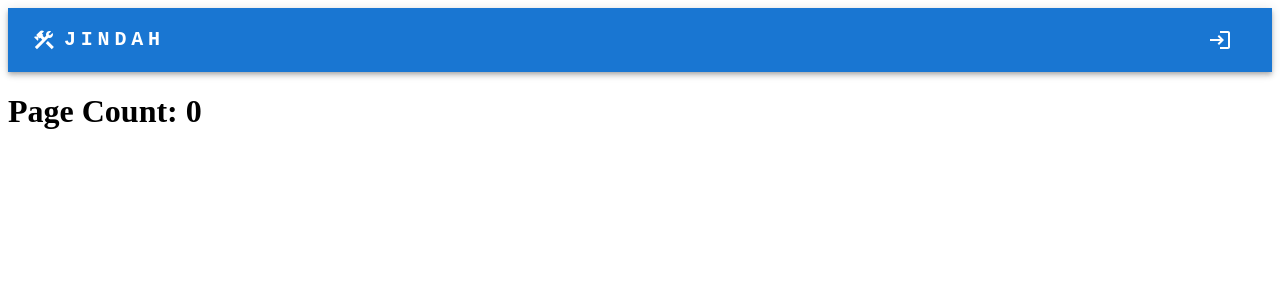
Repository: annferracane/phase-5-project
Page: / (app in client/)
An editor plug-in stored every save of this project. The page is shown before and after the next save, followed by the edit.
The browser window is 1280 px wide. The pictures show the whole page.
The page's requests for data from a server got no answer. The project was rebuilt for these pictures with package versions that can differ from the ones it lists, and the page was loaded fresh each time. No one was signed in, and anything a server would have sent is missing.

Above is the page before, as saved 2023-02-21 23:59:38.

### client/src/index.js
import React from 'react';
import ReactDOM from 'react-dom/client';
// import './css/index.css';
import App from './components/App';
import reportWebVitals from './reportWebVitals';
import { UserProvider } from "./context/user";

const root = ReactDOM.createRoot(document.getElementById('root'));
root.render(
  <React.StrictMode>
    <UserProvider>
      <App />
    </UserProvider>
  </React.StrictMode>
);

// If you want to start measuring performance in your app, pass a function
// to log results (for example: reportWebVitals(console.log))
// or send to an analytics endpoint. Learn more: https://bit.ly/CRA-vitals
reportWebVitals();

### client/src/components/App.js
// import '../css/App.css';
import { useState, useEffect, useContext } from "react";
import { BrowserRouter, Route, Switch } from "react-router-dom";
import { UserContext } from "../context/user";
import Navigation from "./Navigation";

function App() {
  const [errors, setErrors] = useState(null);
  const [count, setCount] = useState(0);

  useEffect(() => {
    fetch("/hello")
      .then((r) => r.json())
      .then((data) => setCount(data.count));
  }, []);

  if(errors) return <h1>{errors}</h1>

  return (


      <BrowserRouter>
        <Navigation />
        <div className="App">
          <Switch>
            <Route path="/">
              <h1>Page Count: {count}</h1>
            </Route>
          </Switch>
        </div>
      </BrowserRouter>
  );
}

export default App;

### client/src/context/user.js
import React, { useState } from "react";

const UserContext = React.createContext();

function UserProvider({ children }) {
  const [user, setUser] = useState(null);
  return (
    <UserContext.Provider value={{ user, setUser }}>
      {children}
    </UserContext.Provider>
  );
}

export { UserContext, UserProvider };

### client/src/components/Navigation.js
import * as React from 'react';
import { useContext } from 'react';
import { UserContext } from "../context/user";
import { useHistory } from 'react-router-dom';
import AppBar from '@mui/material/AppBar';
import Avatar from '@mui/material/Avatar';
import Box from '@mui/material/Box';
import Toolbar from '@mui/material/Toolbar';
import IconButton from '@mui/material/IconButton';
import Typography from '@mui/material/Typography';
import Menu from '@mui/material/Menu';
import MenuIcon from '@mui/icons-material/Menu';
import Container from '@mui/material/Container';
import Button from '@mui/material/Button';
import Tooltip from '@mui/material/Tooltip';
import MenuItem from '@mui/material/MenuItem';
import ConstructionIcon from '@mui/icons-material/Construction';
import LoginIcon from '@mui/icons-material/Login';

function Navigation() {
  const { user, setUser } = useContext(UserContext);
  const history = useHistory();

  const [anchorElNav, setAnchorElNav] = React.useState(null);
  const [anchorElUser, setAnchorElUser] = React.useState(null);

  const pages = [
    { name: 'Schools', link: '/schools' },
    { name: 'Submit a Tip', link: '/submit-a-tip' }
  ];

  const handleOpenNavMenu = (event) => {
    setAnchorElNav(event.currentTarget);
  };
  const handleOpenUserMenu = (event) => {
    setAnchorElUser(event.currentTarget);
  };

  const handleCloseNavMenu = () => {
    setAnchorElNav(null);
  };

  const handleCloseUserMenu = () => {
    setAnchorElUser(null);
  };

  const handleProfileClick = () => {
    handleCloseUserMenu();
    history.push('/profile');
  }

  const handleLogOut = () => {
    handleCloseUserMenu();
    // DELETE `/logout`
    fetch('/logout',{
      method:'DELETE'
    })
    .then(res =>{
      if(res.ok) {
        setUser(null);
        history.push('/login');
      }
    })
  }

  const loginMenu = (
    <IconButton href="/login">
      <LoginIcon sx={{ display: { xs: 'none', md: 'flex', color: 'white', }, mr: 1 }} />
    </IconButton>
  );

  let avatarSrc = "";
  if(user) {
    if(user.profile) {
      avatarSrc = user.profile.image;
    }
  }

  const settingsMenu = (
    <Tooltip title="Open settings">
      <IconButton onClick={handleOpenUserMenu} sx={{ p: 0 }}>
        <Avatar alt={ avatarSrc } src={ avatarSrc } />
      </IconButton>
    </Tooltip>
  );

  const navigationMenu = (
    pages.map((page) => (
      <MenuItem key={page.name} onClick={handleCloseNavMenu} href={ page.link }>
        <Typography textAlign="center">{page.name}</Typography>
      </MenuItem>
    ))
  );

  const navigationButtons = (
    pages.map((page) => (
      <Button
        key={page.name}
        onClick={handleCloseNavMenu}
        sx={{ my: 2, color: 'white', display: 'block' }}
        href={ page.link }
      >
        {page.name}
      </Button>
    ))
  );

  return (
    <AppBar position="static">
      <Container maxWidth="xl">
        <Toolbar disableGutters>
          <ConstructionIcon sx={{ display: { xs: 'none', md: 'flex' }, mr: 1 }} />
          <Typography
            variant="h6"
            noWrap
            component="a"
            href="/"
            sx={{
              mr: 2,
              display: { xs: 'none', md: 'flex' },
              fontFamily: 'monospace',
              fontWeight: 700,
              letterSpacing: '.3rem',
              color: 'inherit',
              textDecoration: 'none',
            }}
          >
            JINDAH
          </Typography>

          <Box sx={{ flexGrow: 1, display: { xs: 'flex', md: 'none' } }}>
            <IconButton
              size="large"
              aria-label="account of current user"
              aria-controls="menu-appbar"
              aria-haspopup="true"
              onClick={handleOpenNavMenu}
              color="inherit"
            >
              <MenuIcon />
            </IconButton>
            <Menu
              id="menu-appbar"
              anchorEl={anchorElNav}
              anchorOrigin={{
                vertical: 'bottom',
                horizontal: 'left',
              }}
              keepMounted
              transformOrigin={{
                vertical: 'top',
                horizontal: 'left',
              }}
              open={Boolean(anchorElNav)}
              onClose={handleCloseNavMenu}
              sx={{
                display: { xs: 'block', md: 'none' },
              }}
            >
              { user ? navigationMenu : null }
            </Menu>
          </Box>
          <ConstructionIcon sx={{ display: { xs: 'flex', md: 'none' }, mr: 1 }} />
          <Typography
            variant="h5"
            noWrap
            component="a"
            href=""
            sx={{
              mr: 2,
              display: { xs: 'flex', md: 'none' },
              flexGrow: 1,
              fontFamily: 'monospace',
              fontWeight: 700,
              letterSpacing: '.3rem',
              color: 'inherit',
              textDecoration: 'none',
            }}
          >
            CIPS
          </Typography>
          <Box sx={{ flexGrow: 1, display: { xs: 'none', md: 'flex' } }}>
            { user ? navigationButtons : null }
          </Box>

          <Box sx={{ flexGrow: 0 }}>
            {user ? settingsMenu : loginMenu }
            <Menu
              sx={{ mt: '45px' }}
              id="menu-appbar"
              anchorEl={anchorElUser}
              anchorOrigin={{
                vertical: 'top',
                horizontal: 'right',
              }}
              keepMounted
              transformOrigin={{
                vertical: 'top',
                horizontal: 'right',
              }}
              open={Boolean(anchorElUser)}
              onClose={handleCloseUserMenu}
            >
              <MenuItem onClick={handleProfileClick}>
                <Typography textAlign="center">My Profile</Typography>
              </MenuItem>
              <MenuItem onClick={handleLogOut}>
                <Typography textAlign="center">Logout</Typography>
              </MenuItem>
            </Menu>
          </Box>
        </Toolbar>
      </Container>
    </AppBar>
  );
}
export default Navigation;

Loaded but not shown: client/public/index.html (common file); client/src/reportWebVitals.js (common file); client/src/css/index.css (common file)

After the next save:
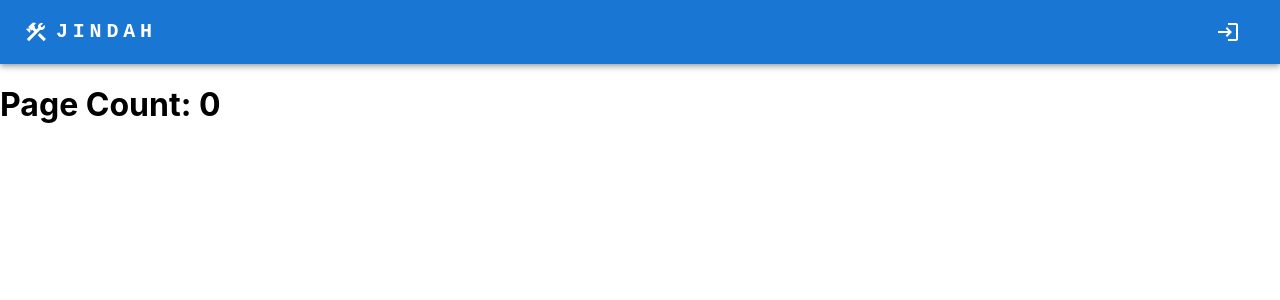
Saved 119 s later.
--- a/client/src/index.js
+++ b/client/src/index.js
@@ -1,6 +1,6 @@
 import React from 'react';
 import ReactDOM from 'react-dom/client';
-// import './css/index.css';
+import './css/index.css';
 import App from './components/App';
 import reportWebVitals from './reportWebVitals';
 import { UserProvider } from "./context/user";
